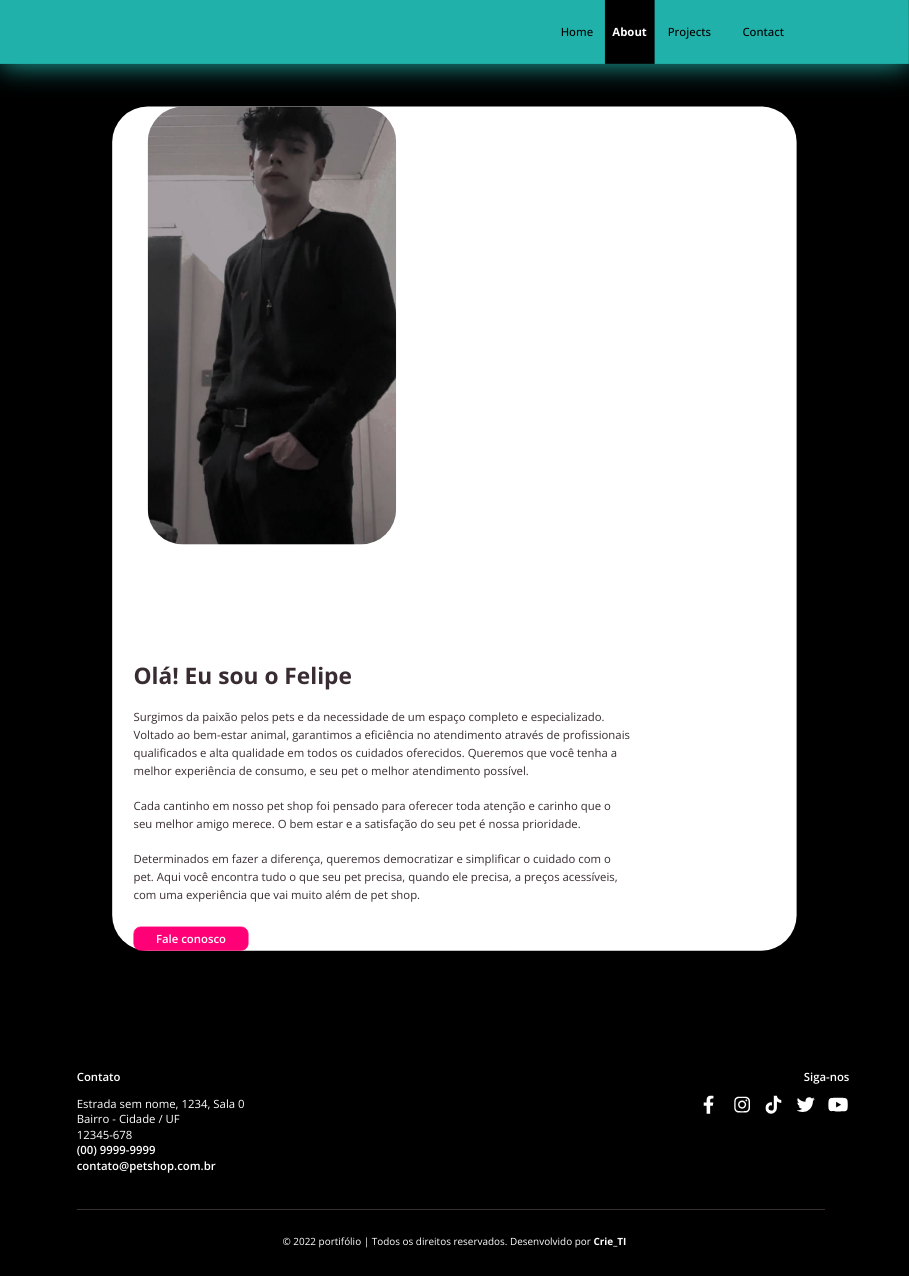
Repository: Fel1pit0/CRIE_TI
Page: Projetos/Portifólio/about.html
These files come from the project's save history. The page is drawn as it stood at one moment and after the next save; the edit follows.
The browser window is 1280 px wide. The pictures show the whole page, at 71% of full size.

Above is the page before, as saved 2022-05-25 14:59:45.

After the next save:
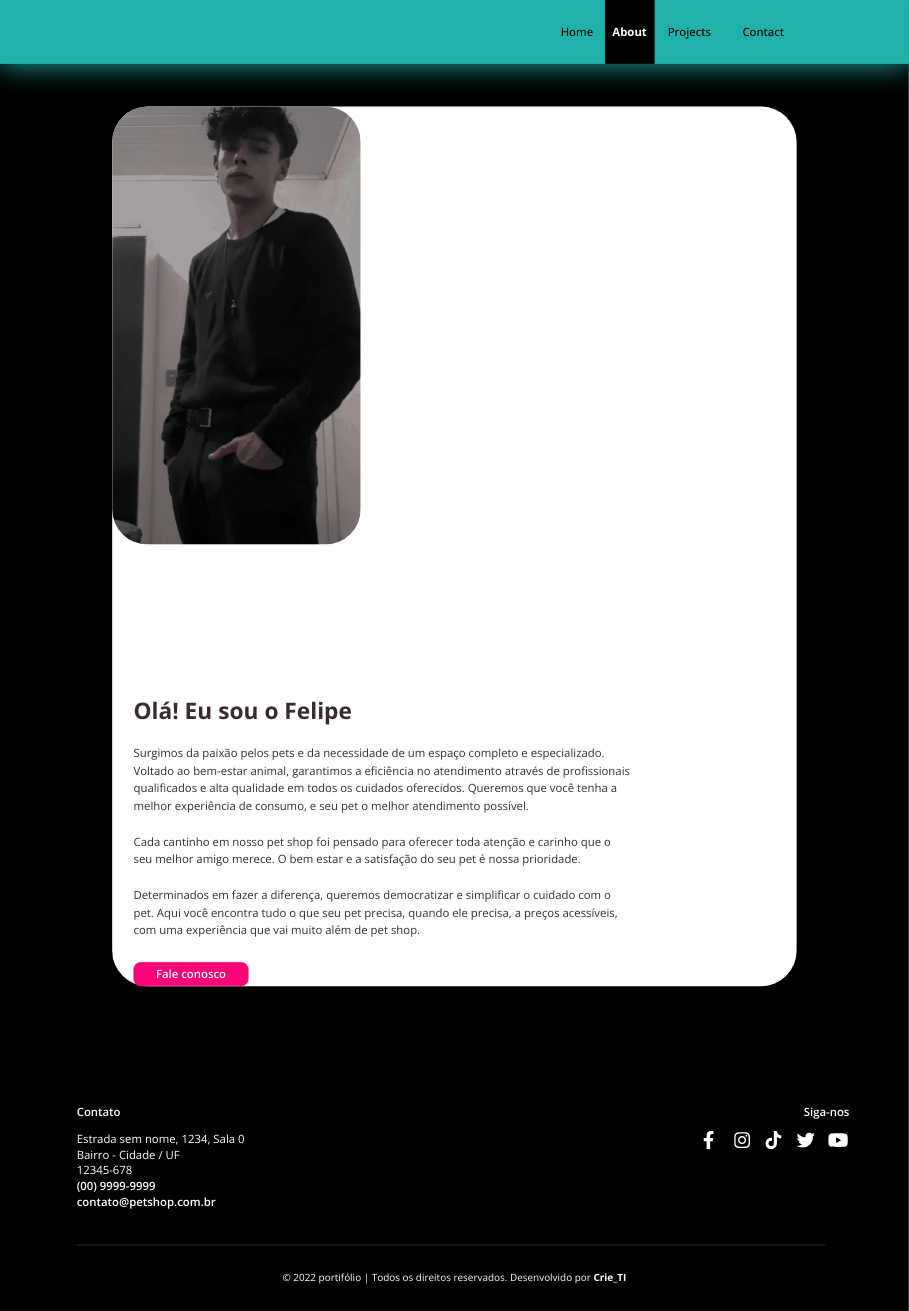
Saved 6 s later.
--- a/Projetos/Portifólio/styles.css
+++ b/Projetos/Portifólio/styles.css
@@ -298,7 +298,7 @@
   display: inline-block;
   width: 350px;
   height: auto;
-  margin: 0px 50px;
+  margin: 0px 0 50px;
   border-radius: 50px;
 }
 .desc-about{

After the save that followed:
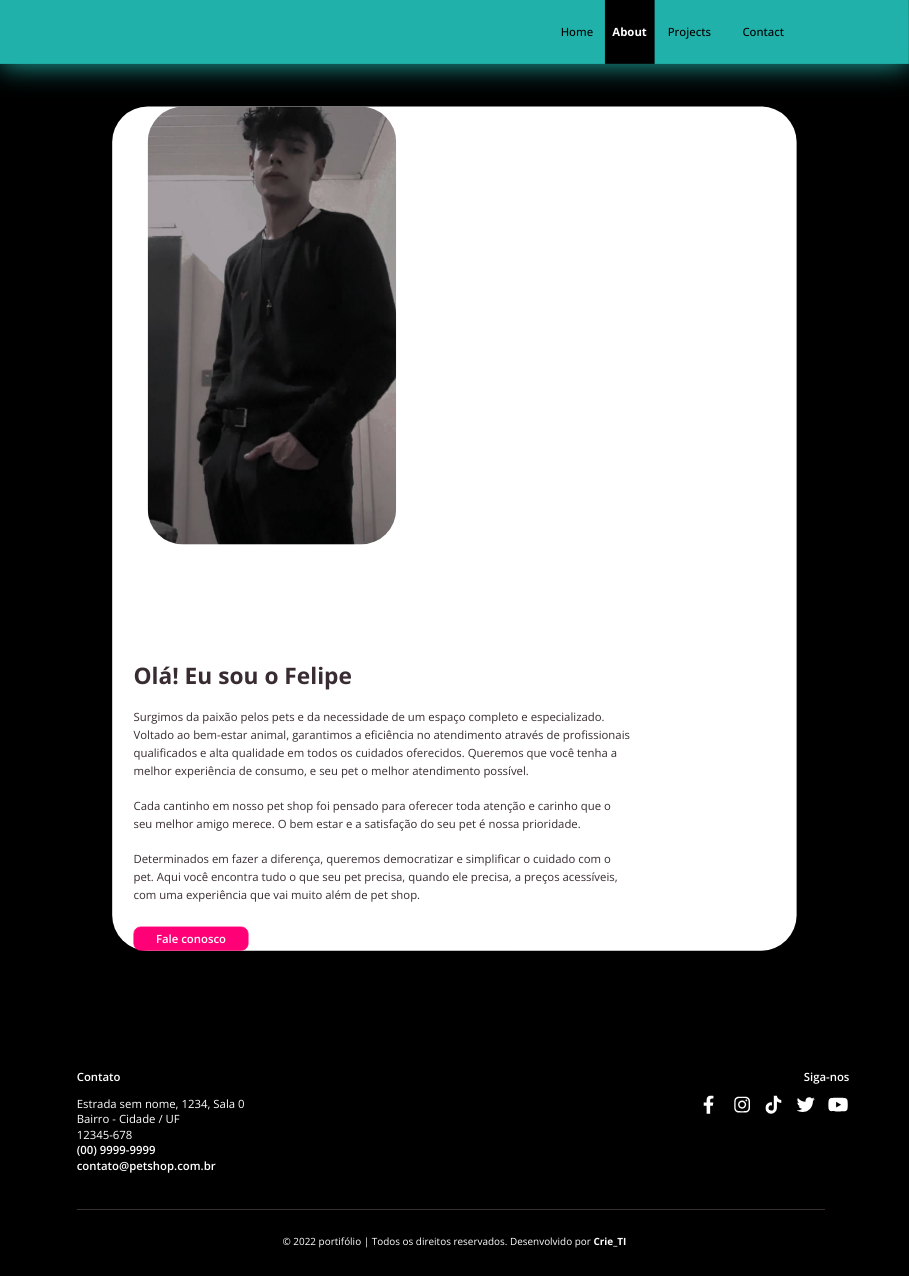
Saved 7 s later.
--- a/Projetos/Portifólio/styles.css
+++ b/Projetos/Portifólio/styles.css
@@ -298,7 +298,7 @@
   display: inline-block;
   width: 350px;
   height: auto;
-  margin: 0px 0 50px;
+  margin: 0px 0 0 50px;
   border-radius: 50px;
 }
 .desc-about{
